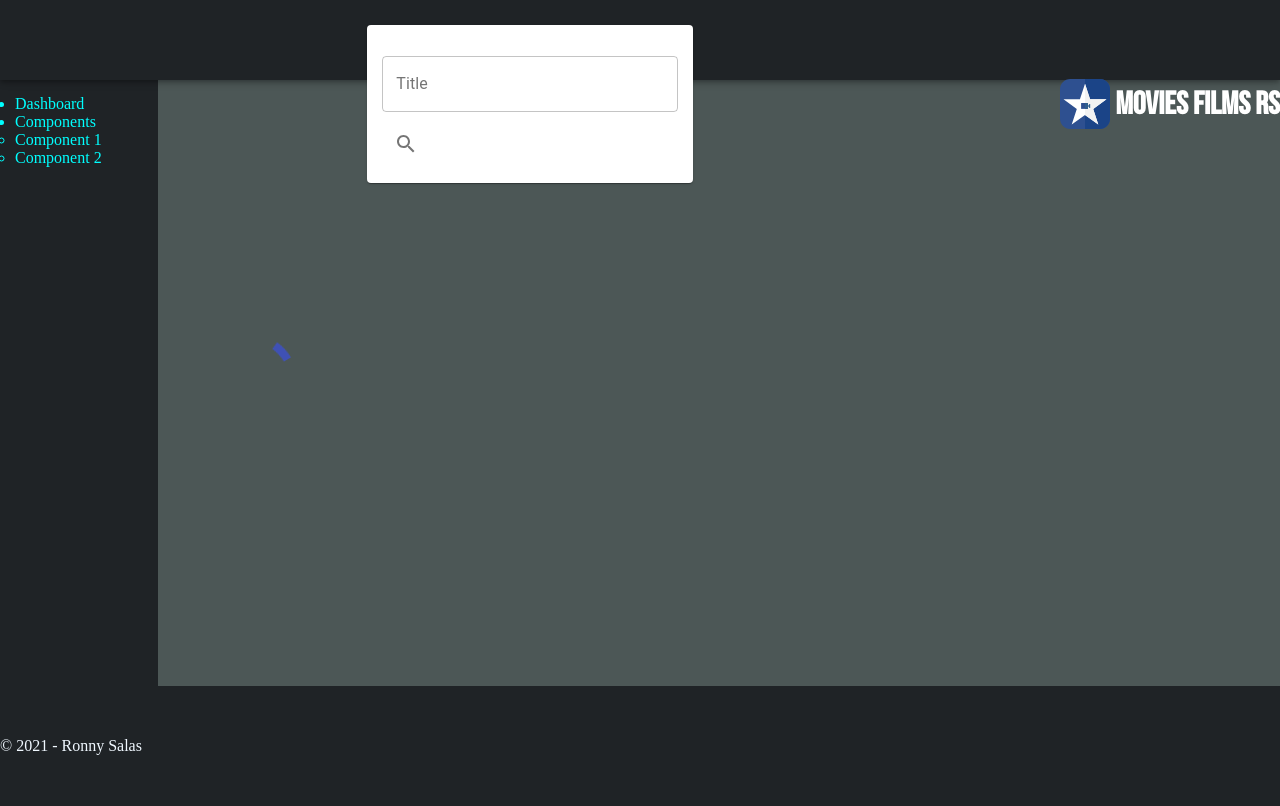
Repository: ronnysalas459/assigment-2
Page: /
An editor plug-in stored every save of this project. The page is shown before and after the next save, followed by the edit.
The browser window is 1280 px wide. The pictures show the whole page.
The page's requests for data from a server got no answer. The project was rebuilt for these pictures with package versions that can differ from the ones it lists, and the page was loaded fresh each time. No one was signed in, and anything a server would have sent is missing. Also part of the build but not shown: src/contexts/DetailsContext.js, src/components/Films/Movie.js, src/components/Common/Messages.js, src/components/Films/Movies.js, src/components/Details/index.js, src/components/NotFound/index.js.

Above is the page before, as saved 2021-08-30 20:55:39.

### src/index.js
import React from 'react';
import ReactDOM from 'react-dom';
import App from './App';

ReactDOM.render(<App />,document.querySelector('#root')
);

### src/App.js
import React from "react";
import { BrowserRouter, Switch, Route } from "react-router-dom";
import MoviesContextProvider from "./contexts/MoviesContext";
import DetailsContextProvider from "./contexts/DetailsContext";
import Films from "./components/Films";
import Details from "./components/Details";
import Header from "./components/Common/Header";
import Footer from "./components/Common/Footer";
import SideBar from "./components/Common/SideBar";
import NotFound from "./components/NotFound";
import "./assets/css/styles.css";

const App = () => (
  <BrowserRouter>
    <div className="container">
      <Header />
      <div className="content">
        <SideBar />
        <div className="projects">
          <Switch>
            <Route exact path="/">
              <MoviesContextProvider>
                <Films />
              </MoviesContextProvider>
            </Route>
            <Route path="/movie/movie_id">
              <DetailsContextProvider>
                <Details />
              </DetailsContextProvider>
            </Route>
            <Route component={NotFound} />
          </Switch>
        </div>
      </div>
      <Footer />
    </div>
  </BrowserRouter>
);

export default App;

### src/contexts/MoviesContext.js
import React, { createContext, useState, useEffect } from "react";
import { popularGet, movieSearch } from "./../constants";

export const MoviesContext = createContext();

const MoviesContextProvider = ({ children }) => {
  const [doneFetch, setDoneFetch] = useState();
  const [currentQuery, setCurrentQuery] = useState("");
  const [text, setText] = useState("Top Movies");
  const [movies, setMovies] = useState([]);

  useEffect(() => {
    getPopularMovies();
  }, []);

  const getPopularMovies = () => {
    fetch(popularGet())
      .then((res) => res.json())
      .then((data) => {
        const { results }  = data;
        setDoneFetch(true);
        console.log(results);
        setMovies(results);
      })
      .catch((err) => console.log(err));
  };

  const getMovies = (query) => {
    fetch(movieSearch(query))
      .then((res) => res.json())
      .then((data) => {
        const { results } = data;
        setDoneFetch(true);
        console.log(results );
        setText(results.length ? "Results" : "No Results");
        setMovies(results);

      })
      .catch((err) => console.log(err));
  };

  const validateQuery = (
    e,
    query = document.querySelector("#query").value.toLowerCase().trim()
  ) => {
    if (e.type === "keypress" && e.key !== "Enter") return;
    const words = query.match(/\w+/g);
    query = words && words.join(" ");
    if (query && query !== currentQuery) {
      setCurrentQuery(query);
      setDoneFetch(false);
      getMovies(query);
    }
  };
  return (
    <MoviesContext.Provider value={{ doneFetch, text, movies, validateQuery }}>
      {children}
    </MoviesContext.Provider>
  );
};

export default MoviesContextProvider;

### src/components/Films/index.js
import React, { Fragment, useContext } from "react";
import { MoviesContext } from "./../../contexts/MoviesContext";

import Movies from "./Movies";
import ProgressBar from "./../Common/ProgressBar";
import  Message  from "./../Common/Messages";

const Films = () => {
  const { validateQuery, doneFetch, movies, text } = useContext(MoviesContext);

  return (
    <Fragment>

      {doneFetch ? (
        movies.length ? (
          console.log("voyyyyyyyyyy"),
          <Movies text={text} movies={movies} />
        ) : (
          <Message text={text} />
        )
      ) : (
          console.log("nooooooooo"),
        <ProgressBar />
      )}
    </Fragment>
  );
};

export default Films;

### src/components/Common/Header.js
import React from "react";
import { AppBar } from "@material-ui/core";
import SearchMovies from "./../../components/Films/SearchMovies";
import { ReactComponent as Logo } from "./../../assets/img/movie.svg";
import "./../../assets/css/styles.css";
const Header = () => (
  <AppBar position="sticky">
    <div className="header-container">
      <SearchMovies />
      <Logo className="logo-container" />
      &nbsp;&nbsp;
      <h1>Movies Films RS</h1>
    </div>
  </AppBar>
);

export default Header;

### src/components/Common/Footer.js
import React from 'react'

const Footer = () => (
    <footer>
        <p> &copy; { new Date().getFullYear()} - Ronny Salas</p>
    </footer>
);


export default Footer;

### src/components/Common/SideBar.js
import React from "react";
import { ProSidebar, Menu, MenuItem, SubMenu } from "react-pro-sidebar";
import "./../../assets/css/styles.css";

const SideBar = () => (

    <aside className="aside">
      <ProSidebar>
        <Menu iconShape="square">
          <MenuItem>Dashboard</MenuItem>
          <SubMenu title="Components">
            <MenuItem>Component 1</MenuItem>
            <MenuItem>Component 2</MenuItem>
          </SubMenu>
        </Menu>
      </ProSidebar>
    </aside>

);
export default SideBar;

### src/assets/css/styles.css
/*FUENTES*/

@font-face {
  font-family: "TrebuchetMS";
  src: url("../fonts/TrebuchetMS.ttf");
  font-weight: normal;
  font-style: normal;
}
@font-face {
  font-family: "BebasNeue";
  src: url("../fonts/BebasNeue.otf");
  font-weight: normal;
  font-style: normal;
}

@font-face {
  font-family: "WebSymbolsRegular";
  src: url("../fonts/websymbols-regular-webfont.eot");
  src: url("../fonts/websymbols-regular-webfont.eot?#iefix")
      format("embedded-opentype"),
    url("../fonts/websymbols-regular-webfont.woff") format("woff"),
    url("../fonts/websymbols-regular-webfont.ttf") format("truetype"),
    url("../fonts/websymbols-regular-webfont.svg#WebSymbolsRegular")
      format("svg");
  font-weight: normal;
  font-style: normal;
}
.root {
  margin: 3vw;
}
* {
  margin: 0px;
  padding: 0px;
}

html {
  overflow-x: hidden;
}

.container{
  width:100%;
  height:auto;
}

.header-container {
  width: 100%;
  height: 80px;
  background-color: #1f2326 !important;
  font-family: BebasNeue;
  color: white;
  display: flex;
  flex-direction: row;
  flex-wrap: wrap;
  align-items: center;
}

.logo-container {
  display: block;
  height: 100%;
  width: 50px;
}
.logo-container h1 {
  color: aqua;
}
.content{
  display:flex;
  background-color: #4C5756;
}
.img-wrap {
  height: 150px;
  padding-top: 56.25%;
}
.aside{
  display:flex;
  min-height: 80vh;
  flex-basis: 10%;
  margin-right: 30px;
  padding: 15px;
  flex-direction: column;
  flex-wrap: wrap;
  color: aqua;
  background-color: #1f2326;
}

.projects{
  display:flex;
  flex-wrap: wrap;
  flex-basis: 80%;
}

footer {
  display:flex;
  flex-flow: row wrap;
  justify-content:flex-start;
  height:120px;
  align-items:center;
  background-color: #1f2326;
}
footer p {
    color:aliceblue;
    justify-content: center;
}
.paper {
	margin-top: 25px;
	margin-bottom: 25px;
	margin-left: auto;
	margin-right: auto;
}

.defaultPaper {
	padding: 15px;
}

.project{
  flex-grow:1;
  flex-basis: 250px;
  margin-bottom: 25px;
  margin-right:20px;
  max-width: 345px;
}
.project img{
  width:100%;
}
.buttonPrimary,
.progressBar {
  display: flex;
  justify-content: center;
  align-items: center;
}


a {
	text-decoration: none;
}

.buttonPrimary,
.message,
.progressBar {
  margin: 10px;
}

.MuiTextField-root {
  width: 100%;
}

@media (max-width: 323px) {
  h1 {
    display: none;
  }
}

### src/constants/index.js
//HABILITAR PROXY INVERSO PARA CORS INTERCEPTOR
//const cors_anywhere = "https://cors-anywhere.herokuapp.com/";
const base_url = "https://api.themoviedb.org/3/";
const popular_movies_get = "movie/popular?";
const movie_search = "search/movie?";
const movies_get = "movie/{movie_id}";
const api_key = "api_key=2c4e30626dc1fcee2a373a9a71cf70f1";


export const popularGet = () => `${base_url}${popular_movies_get}${api_key}&page=1`;
export const moviesGet = id => `${base_url}${movies_get}${api_key}`;
export const movieSearch = query => `${base_url}${movie_search}${api_key}&query=${query}`;

### src/components/Common/ProgressBar.js
import React from 'react'
import CircularProgress from '@material-ui/core/CircularProgress';

const ProgressBar = () => (
    <div className="progressBar">
        <CircularProgress size = { 100 } />

    </div>
)


export default ProgressBar

### src/components/Films/SearchMovies.js
import React from 'react';
import Paper from "@material-ui/core/Paper";
import TextField from '@material-ui/core/TextField';
import IconButton from '@material-ui/core/IconButton';
import SearchIcon from '@material-ui/icons/Search';


const SearchMovies = ({ validateQuery }) => (
    <Paper className = "paper defaultPaper">
        <TextField
            id="query"
            label="Title"
            margin="normal"
            variant="outlined"
            onKeyPress = {(e) => validateQuery(e)}
        />
         <IconButton onClick={(e) => validateQuery(e)}>
            <SearchIcon />
        </IconButton>
    </Paper>
);

export default SearchMovies

Loaded but not shown: public/index.html (common file)

After the next save:
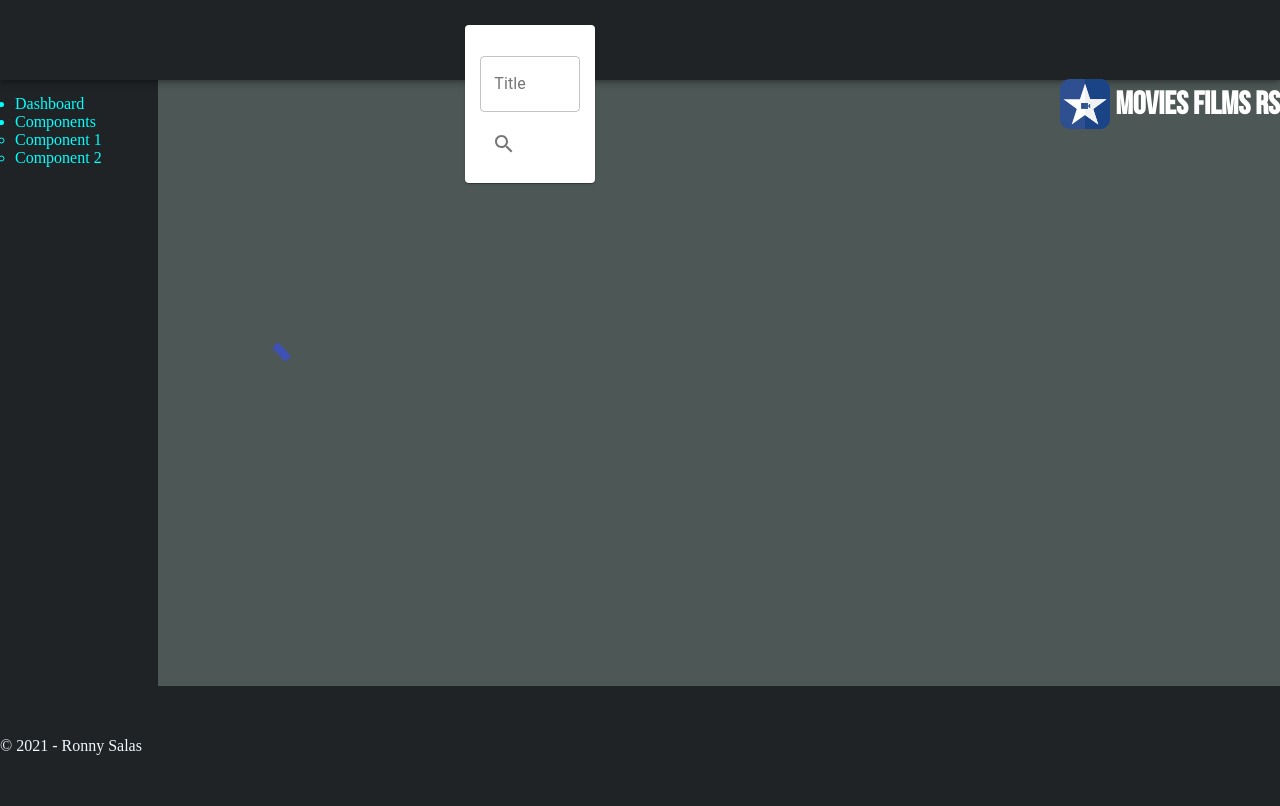
Saved 9 s later.
--- a/src/assets/css/styles.css
+++ b/src/assets/css/styles.css
@@ -105,6 +105,7 @@ footer p {
 	margin-bottom: 25px;
 	margin-left: auto;
 	margin-right: auto;
+	max-width: 100px;
 }
 
 .defaultPaper {
